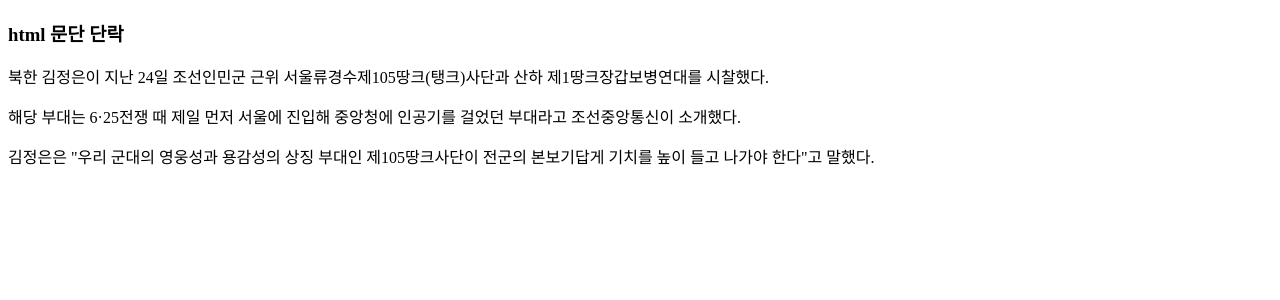
Repository: donggri1/WORKSPACE
Page: WebClass/webPro/src/main/webapp/html/days02/ex03.html
The author's editor kept a copy of each file at every save. The page is drawn from the files as they stood at one save, then again after the next save.
The browser window is 1280 px wide. The pictures show the whole page.

Above is the page before, as saved 2024-03-25 08:34:54.

### WebClass/webPro/src/main/webapp/html/days02/ex03.html
<!DOCTYPE html>
<html>
<head>
<meta charset="UTF-8">
<title>Insert title here</title>
</head>
<body>
	<h3>html 문단 단락</h3>

	<!--[p]aragraph  문단
		- 단락은 항상 새줄에서 시작한다.
		- 단락 앞위에 공백(여백)을 자동으로 추가한다.

		-페이지가 표시될 때 브라우저가 추가 공백과 줄을
		자용으로 제거한다,
	 -->
	<p>
	북한				 김정은이 지난 24일 조선인민군 근위 서울류경수제105땅크(탱크)사단과 산하 제1땅크장갑보병연대를 시찰했다.
	</p>

	<!-- 수평 규칙 : 주제 구분 분리 == 콘텐츠 분리
	hr은 빈요소-->

	<!-- <hr> -->
	<p>
	해당 부대는 6·25전쟁 때 제일 먼저 서울에 진입해 중앙청에 인공기를 걸었던 부대라고 조선중앙통신이 소개했다.
	</p>
	<p>
	김정은은 "우리 군대의 영웅성과 용감성의 상징 부대인 제105땅크사단이 전군의 본보기답게 기치를 높이 들고 나가야 한다"고 말했다.
	</p>
</body>
</html>

After the next save:
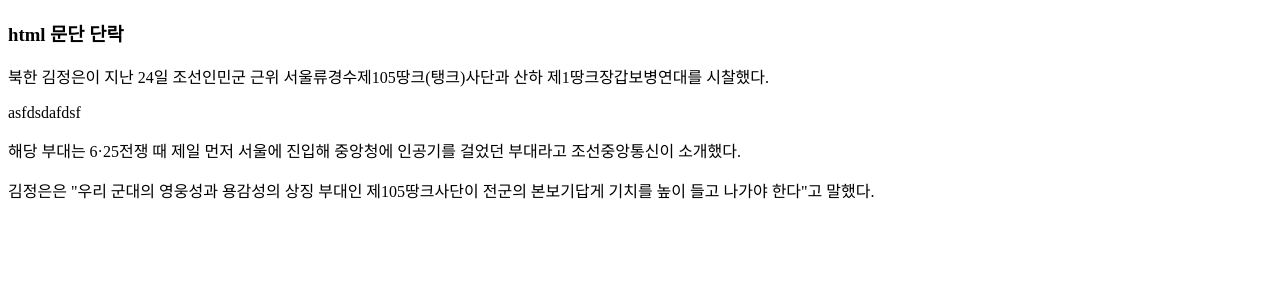
Saved 3 min 7 s later.
--- a/WebClass/webPro/src/main/webapp/html/days02/ex03.html
+++ b/WebClass/webPro/src/main/webapp/html/days02/ex03.html
@@ -20,7 +20,7 @@
 
 	<!-- 수평 규칙 : 주제 구분 분리 == 콘텐츠 분리
 	hr은 빈요소-->
-
+	<div>asfdsdafdsf</div>
 	<!-- <hr> -->
 	<p>
 	해당 부대는 6·25전쟁 때 제일 먼저 서울에 진입해 중앙청에 인공기를 걸었던 부대라고 조선중앙통신이 소개했다.

After the save that followed:
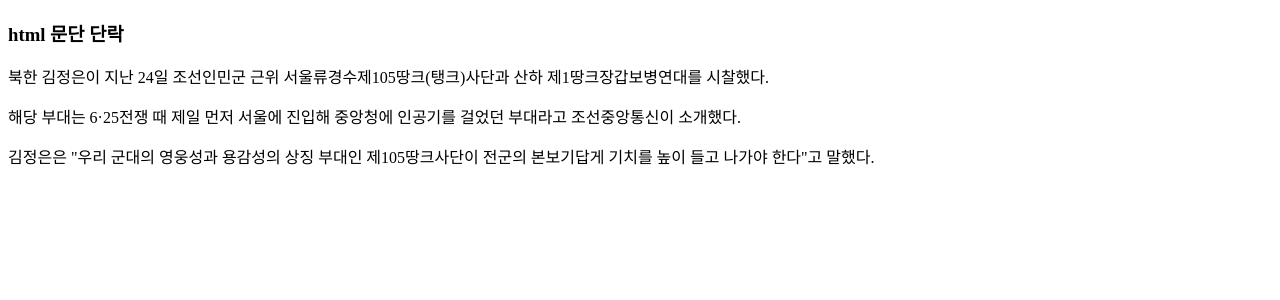
Saved 111 s later.
--- a/WebClass/webPro/src/main/webapp/html/days02/ex03.html
+++ b/WebClass/webPro/src/main/webapp/html/days02/ex03.html
@@ -20,7 +20,6 @@
 
 	<!-- 수평 규칙 : 주제 구분 분리 == 콘텐츠 분리
 	hr은 빈요소-->
-	<div>asfdsdafdsf</div>
 	<!-- <hr> -->
 	<p>
 	해당 부대는 6·25전쟁 때 제일 먼저 서울에 진입해 중앙청에 인공기를 걸었던 부대라고 조선중앙통신이 소개했다.
